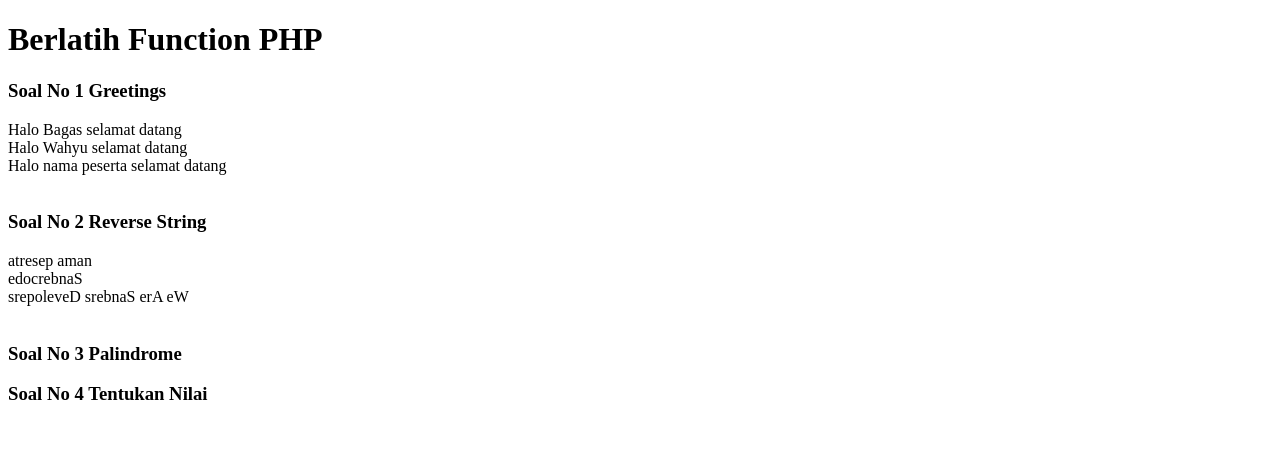
Repository: mfarhannr/IM-Sanbercode-Laravel-Web-Dev
Page: http://localhost/function-conditional.php
An editor plug-in stored every save of this project. The page is shown before and after the next save, followed by the edit.
The browser window is 1280 px wide. The pictures show the whole page.
The page is run by PHP 8.4 with error messages shown; the project is at /var/www/html/.

Above is the page before, as saved 2023-10-06 13:13:06.

After the next save:
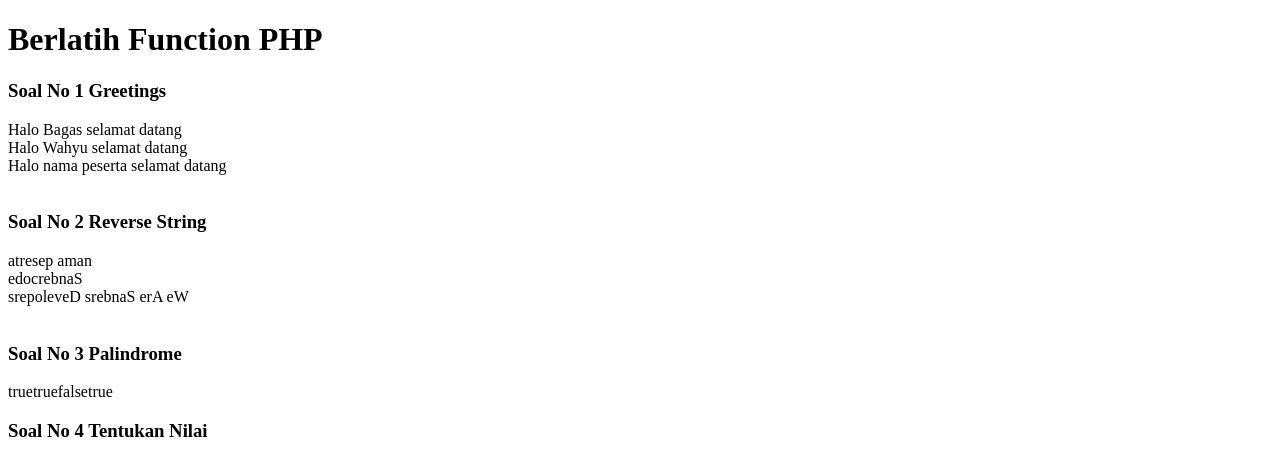
Saved 6 min 43 s later.
--- a/Soal-8-PHP/function-conditional.php
+++ b/Soal-8-PHP/function-conditional.php
@@ -85,6 +85,24 @@
 
 
 // Code function di sini
+function palindrome($str) {
+    $str = strtolower($str); // Mengubah semua huruf kecil
+    $len = strlen($str);
+
+    for ($i = 0; $i < $len/2; $i++) {
+        if ($str[$i] != $str[$len - $i - 1]) {
+            return "false";
+        }
+    }
+
+    return "true";
+}
+
+// Contoh penggunaan
+echo palindrome("civic"); // Output: true
+echo palindrome("nababan"); // Output: true
+echo palindrome("jambaban"); // Output: false
+echo palindrome("racecar"); // Output: true
 
 // Hapus komentar di bawah ini untuk jalankan code
 // palindrome("civic") ; // true

After the 5 saves that followed:
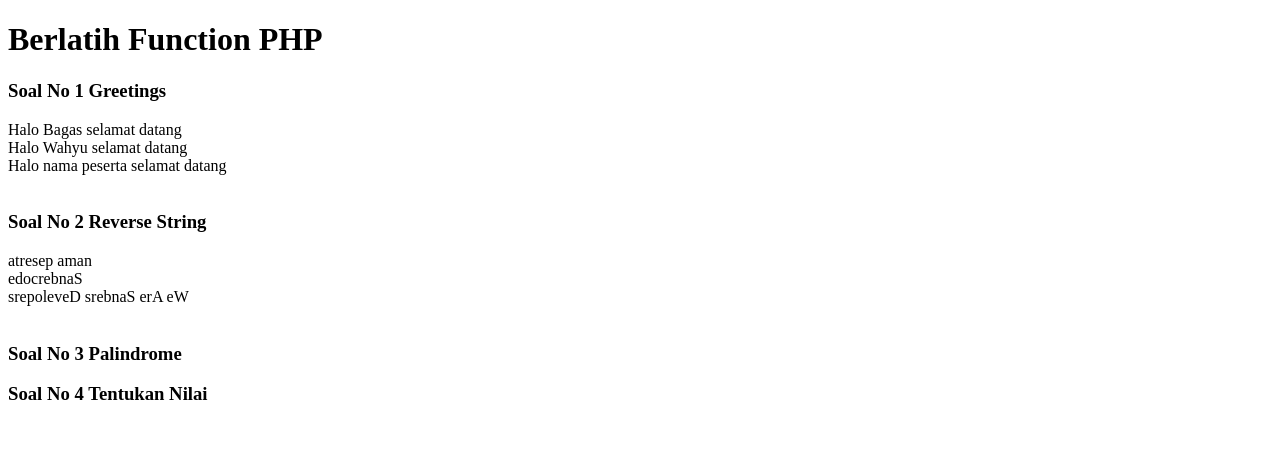
The 5 saves are shown as one change because 3 left the picture as it was and some came seconds apart.
The last was saved 63 s later.
--- a/Soal-8-PHP/function-conditional.php
+++ b/Soal-8-PHP/function-conditional.php
@@ -98,11 +98,11 @@
     return "true";
 }
 
-// Contoh penggunaan
-echo palindrome("civic"); // Output: true
-echo palindrome("nababan"); // Output: true
-echo palindrome("jambaban"); // Output: false
-echo palindrome("racecar"); // Output: true
+// // Contoh penggunaan
+// echo palindrome("civic"); // Output: true
+// echo palindrome("nababan"); // Output: true
+// echo palindrome("jambaban"); // Output: false
+// echo palindrome("racecar"); // Output: true
 
 // Hapus komentar di bawah ini untuk jalankan code
 // palindrome("civic") ; // true
